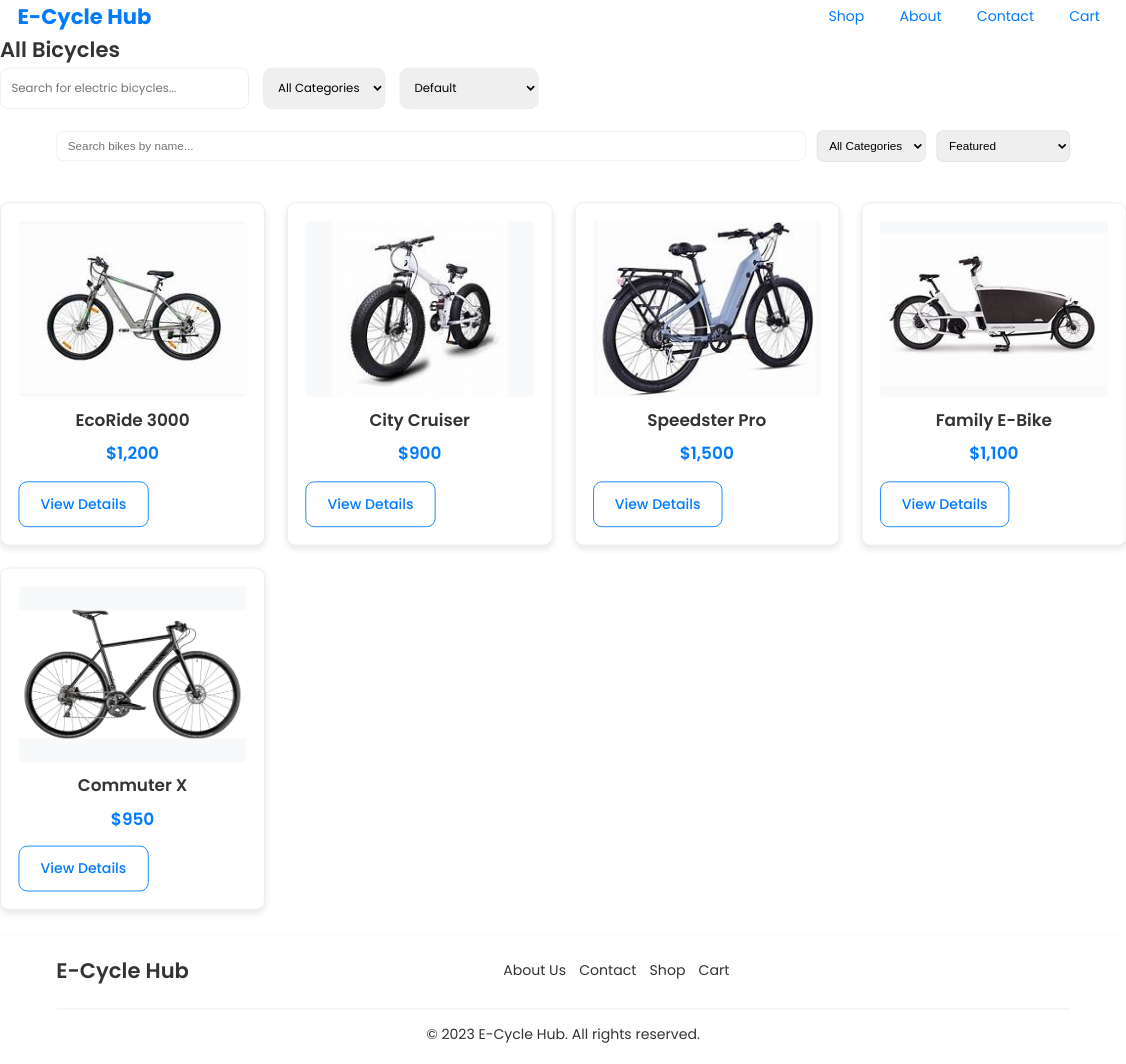
Repository: Rutuja-g/E-Cycle-Hub
Page: public/products.html
These files come from the project's save history. The page is drawn as it stood at one moment and after the next save; the edit follows.
The browser window is 1280 px wide. The pictures show the whole page, at 88% of full size.

Above is the page before, as saved 2025-10-24 15:55:28.
Console error: SyntaxError: Unexpected token 'export'

After the next save:
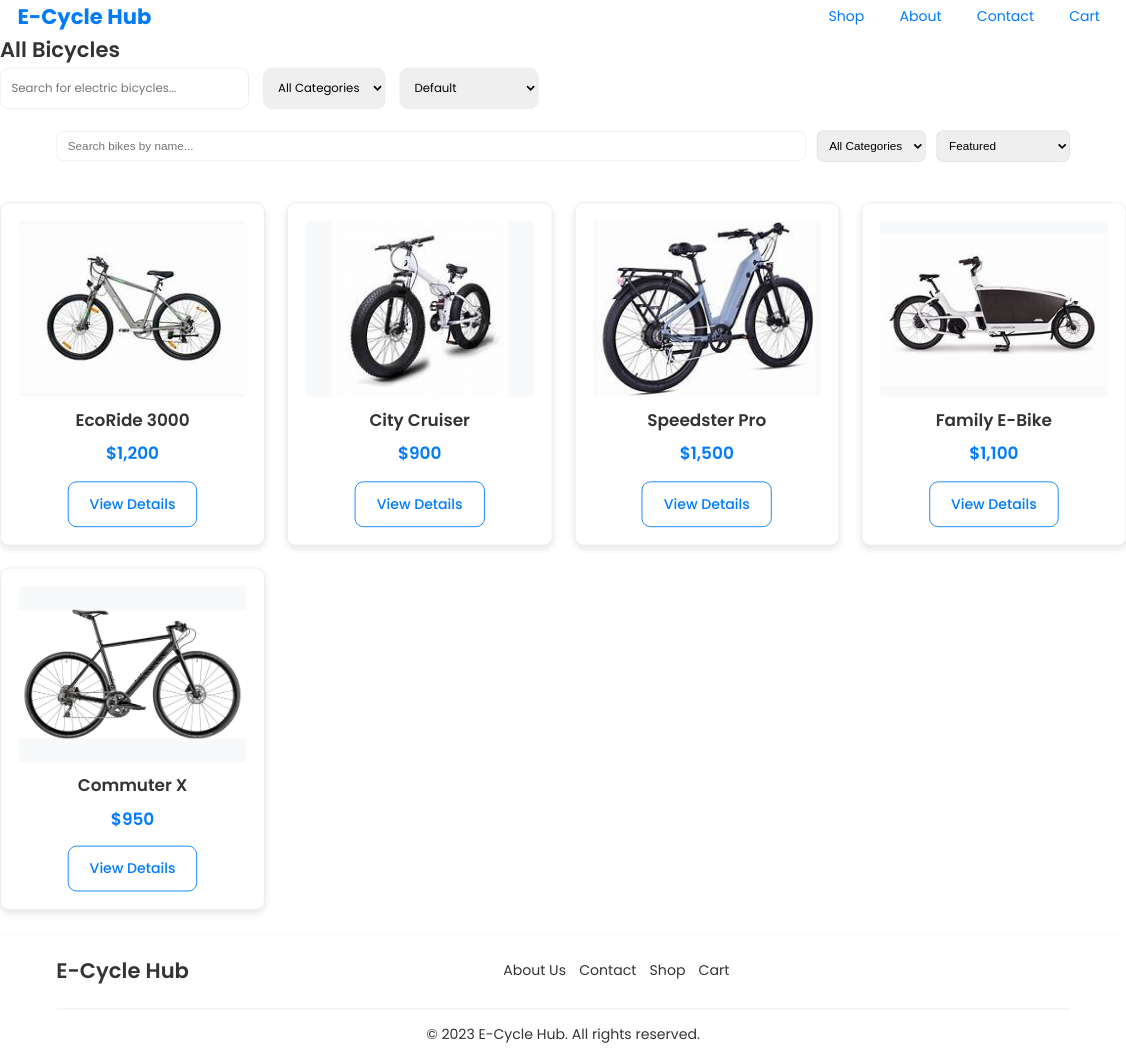
Saved 111 s later.
--- a/public/js/main.js
+++ b/public/js/main.js
@@ -188,7 +188,7 @@
             <h3 class="card-title">${escapeHtml(p.name)}</h3>
             <p class="price">$${Number(p.price).toLocaleString()}</p>
           </div>
-          <div style="display:flex;align-items:center;gap:0.5rem;">
+          <div style="display:flex;justify-content:center;gap:0.5rem;">
             <a class="btn ghost" href="product.html?id=${encodeURIComponent(
               p.id
             )}" aria-label="View details for ${escapeAttr(
